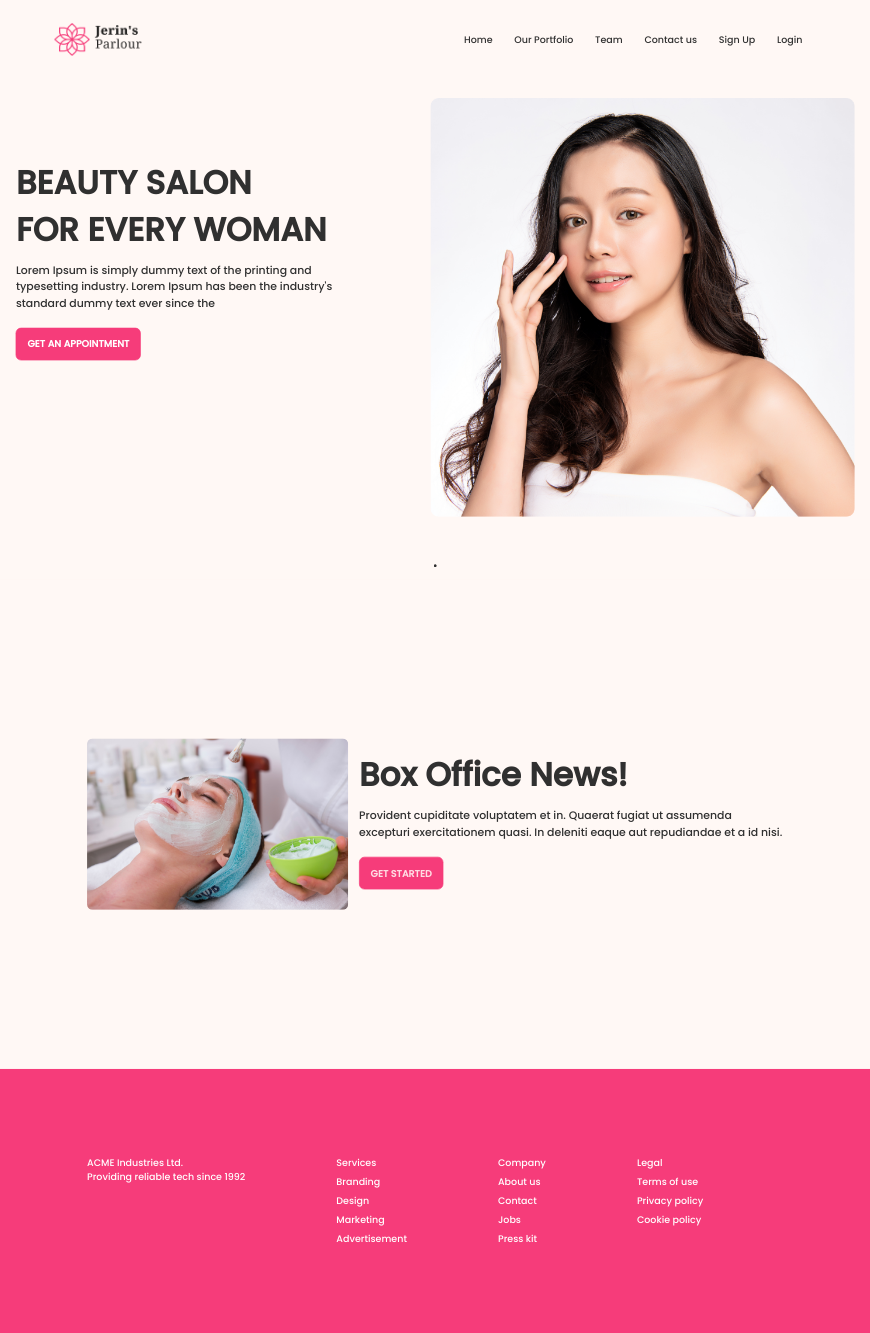
Repository: Wahid137/jerins-parlour-client
Page: /
An editor plug-in stored every save of this project. The page is shown before and after the next save, followed by the edit.
The browser window is 1280 px wide. The pictures show the whole page, at 68% of full size.
The page's requests for data from a server got no answer. The project was rebuilt for these pictures with package versions that can differ from the ones it lists, and the page was loaded fresh each time. No one was signed in, and anything a server would have sent is missing. Also part of the build but not shown: src/App.css, src/Pages/Home/Services/ServicesCard.js.

Above is the page before, as saved 2023-07-16 04:07:23.

### public/index.html
<!DOCTYPE html>
<html lang="en">
  <head>
    <meta charset="utf-8" />
    <link rel="icon" href="%PUBLIC_URL%/favicon.ico" />
    <meta name="viewport" content="width=device-width, initial-scale=1" />
    <meta name="theme-color" content="#000000" />
    <meta
      name="description"
      content="Web site created using create-react-app"
    />
    <link rel="preconnect" href="https://fonts.googleapis.com">
    <link rel="preconnect" href="https://fonts.gstatic.com" crossorigin>
    <link href="https://fonts.googleapis.com/css2?family=Poppins:wght@500&display=swap" rel="stylesheet">
    <link rel="apple-touch-icon" href="%PUBLIC_URL%/logo192.png" />
    <!--
      manifest.json provides metadata used when your web app is installed on a
      user's mobile device or desktop. See https://developers.google.com/web/fundamentals/web-app-manifest/
    -->
    <link rel="manifest" href="%PUBLIC_URL%/manifest.json" />
    <!--
      Notice the use of %PUBLIC_URL% in the tags above.
      It will be replaced with the URL of the `public` folder during the build.
      Only files inside the `public` folder can be referenced from the HTML.

      Unlike "/favicon.ico" or "favicon.ico", "%PUBLIC_URL%/favicon.ico" will
      work correctly both with client-side routing and a non-root public URL.
      Learn how to configure a non-root public URL by running `npm run build`.
    -->
    <title>React App</title>
  </head>
  <body>
    <noscript>You need to enable JavaScript to run this app.</noscript>
    <div id="root"></div>
    <!--
      This HTML file is a template.
      If you open it directly in the browser, you will see an empty page.

      You can add webfonts, meta tags, or analytics to this file.
      The build step will place the bundled scripts into the <body> tag.

      To begin the development, run `npm start` or `yarn start`.
      To create a production bundle, use `npm run build` or `yarn build`.
    -->
  </body>
</html>

### src/index.js
import React from 'react';
import ReactDOM from 'react-dom/client';
import './index.css';
import App from './App';
import reportWebVitals from './reportWebVitals';
import { QueryClient, QueryClientProvider } from '@tanstack/react-query'


// Create a client
const queryClient = new QueryClient()

const root = ReactDOM.createRoot(document.getElementById('root'));
root.render(
  <React.StrictMode>
    <QueryClientProvider client={queryClient}>
      <App />
    </QueryClientProvider>
  </React.StrictMode>
);

// If you want to start measuring performance in your app, pass a function
// to log results (for example: reportWebVitals(console.log))
// or send to an analytics endpoint. Learn more: https://bit.ly/CRA-vitals
reportWebVitals();

### src/index.css
@tailwind base;
@tailwind components;
@tailwind utilities;

body {
  background-color: #FFF8F5;
  margin: 0;
  font-family: -apple-system, BlinkMacSystemFont, 'Segoe UI', 'Roboto', 'Oxygen',
    'Ubuntu', 'Cantarell', 'Fira Sans', 'Droid Sans', 'Helvetica Neue',
    sans-serif;
    font-family: 'Poppins', sans-serif;
  -webkit-font-smoothing: antialiased;
  -moz-osx-font-smoothing: grayscale;
}

code {
  font-family: source-code-pro, Menlo, Monaco, Consolas, 'Courier New',
    monospace;
}

### src/App.js
import logo from './logo.svg';
import './App.css';
import { RouterProvider } from 'react-router-dom';
import router from './Routes/Routes/Routes';
import { Toaster } from 'react-hot-toast';

function App() {
  return (
    <div className=" mx-auto">
      <RouterProvider router={router}></RouterProvider>
      <Toaster></Toaster>
    </div>
  );
}

export default App;

### src/Routes/Routes/Routes.js
const { createBrowserRouter } = require("react-router-dom");
const { default: Main } = require("../../Layout/Main");
const { default: Home } = require("../../Pages/Home/Home/Home");

const router = createBrowserRouter([
    {
        path: '/',
        element: <Main></Main>,
        children: [
            {
                path: '/',
                element: <Home></Home>
            }
        ]
    }
])
export default router;

### src/Layout/Main.js
import React from 'react';
import Navbar from '../Shared/Navbar/Navbar';
import { Outlet } from 'react-router-dom';
import Footer from '../Shared/Footer/Footer';

const Main = () => {
    return (
        <div>
            <Navbar></Navbar>
            <Outlet></Outlet>
            <Footer></Footer>
        </div>
    );
};

export default Main;

### src/Pages/Home/Home/Home.js
import React from 'react';
import Banner from '../Banner/Banner';
import Services from '../Services/Services';
import Screen from '../Screen/Screen';

const Home = () => {
    return (
        <div>
            <Banner></Banner>
            <Services></Services>
            <Screen></Screen>
        </div>
    );
};

export default Home;

### src/Shared/Navbar/Navbar.js
import React from 'react';
import logo from '../../assets/logo.png';
import { Link } from 'react-router-dom';

const Navbar = () => {
    const menuItem = <>
        <li><Link to="/">Home</Link></li>
        <li><Link to="/portfolio">Our Portfolio</Link></li>
        <li><Link to="/team">Team</Link></li>
        <li><Link to="/dashboard">Contact us</Link></li>
        <li><Link to="/signup">Sign Up</Link></li>
        <li><Link to="/login">Login</Link></li>

    </>
    return (
        <div className="navbar flex justify-between px-20 pt-8">
            <div className="navbar-start">
                <div className="dropdown">
                    <label tabIndex={0} className="btn btn-ghost lg:hidden">
                        <svg xmlns="http://www.w3.org/2000/svg" className="h-5 w-5" fill="none" viewBox="0 0 24 24" stroke="currentColor"><path strokeLinecap="round" strokeLinejoin="round" strokeWidth="2" d="M4 6h16M4 12h8m-8 6h16" /></svg>
                    </label>
                    <ul tabIndex={1} className="menu menu-sm dropdown-content mt-3 z-[1] p-2 shadow bg-base-100 rounded-box w-52">
                        {menuItem}
                    </ul>
                </div>
                <Link to="/" className="w-32">
                    <img src={logo} alt="" />
                </Link>
            </div>
            <div className="navbar-center hidden lg:flex">
                <ul className="menu menu-horizontal px-1">
                    {menuItem}
                </ul>
            </div>
            <label htmlFor="dashboard-drawer" tabIndex={2} className="btn btn-ghost lg:hidden">
                <svg xmlns="http://www.w3.org/2000/svg" className="h-5 w-5" fill="none" viewBox="0 0 24 24" stroke="currentColor"><path strokeLinecap="round" strokeLinejoin="round" strokeWidth="2" d="M4 6h16M4 12h8m-8 6h16" /></svg>
            </label>

        </div>
    );
};

export default Navbar;

### src/Shared/Footer/Footer.js
import React from 'react';


const Footer = () => {
    return (
        <footer className="footer p-32 bg-primary text-white w-full max-w-full">
            <div>
                <p>ACME Industries Ltd.<br />Providing reliable tech since 1992</p>
            </div>
            <div>
                <span className=" text-white">Services</span>
                <a href="/" className="link link-hover">Branding</a>
                <a href="/" className="link link-hover">Design</a>
                <a href="/" className="link link-hover">Marketing</a>
                <a href="/" className="link link-hover">Advertisement</a>
            </div>
            <div>
                <span className="">Company</span>
                <a href="/" className="link link-hover">About us</a>
                <a href="/" className="link link-hover">Contact</a>
                <a href="/" className="link link-hover">Jobs</a>
                <a href="/" className="link link-hover">Press kit</a>
            </div>
            <div>
                <span className="">Legal</span>
                <a href="/" className="link link-hover">Terms of use</a>
                <a href="/" className="link link-hover">Privacy policy</a>
                <a href="/" className="link link-hover">Cookie policy</a>
            </div>
        </footer>
    );
};

export default Footer;

### src/Pages/Home/Banner/Banner.js
import React from 'react';
import woman from '../../../assets/images/woman.png';
import PrimaryButton from '../../../Components/PrimaryButton/PrimaryButton';

const Banner = () => {
    return (
        <div className="hero" >
            <div className="hero-content flex-col lg:flex-row-reverse min-h-screen">

                <img src={woman} className="rounded-lg lg:w-1/2" alt="" />

                <div className='lg:me-32 lg:-mt-32'>
                    <h1 className="text-5xl font-bold mt-0 mb-5">BEAUTY SALON</h1>
                    <h1 className="text-5xl font-bold">FOR EVERY WOMAN</h1>
                    <p className="py-6">Lorem Ipsum is simply dummy text of the printing and <br /> typesetting industry. Lorem Ipsum has been the industry's <br /> standard dummy text ever since the</p>
                    <PrimaryButton>Get an Appointment</PrimaryButton>
                </div>
            </div>
        </div>
    );
};

export default Banner;

### src/Pages/Home/Services/Services.js
import { useQuery } from '@tanstack/react-query';
import React from 'react';
import Loading from '../../../Shared/Loading/Loading';


import ServicesCard from './ServicesCard';
import PrimaryButton from '../../../Components/PrimaryButton/PrimaryButton';



const Services = () => {
    const { data: services = [], isLoading } = useQuery({
        queryKey: ['services'],
        queryFn: () => fetch('http://localhost:5000/services')
            .then(res => res.json())
    })


    if (isLoading) {
        return <Loading></Loading>;
    }

    return (
        <div className='p-0 my-5'>
            <div className='mx-auto mb-4 py-10 text-center w-1/2'>
                <p className='text-2xl font-bold'>Our Awesome <span className='text-primary'>Services</span></p>
            </div>
            <div className='grid gap-1 grid-cols-1 md:grid-cols-2 lg:grid-cols-3'>
                {
                    services.map(service => <ServicesCard
                        key={service._id}
                        service={service}
                    ></ServicesCard>)
                }
            </div>
            <div className='text-center mt-10'>
                <PrimaryButton >Explore More</PrimaryButton>
            </div>

        </div >
    );
};

export default Services;

### src/Pages/Home/Screen/Screen.js
import React from 'react';
import face from '../../../assets/images/face.png'

const Screen = () => {
    return (
        <div className="hero min-h-screen bg-secondary">
            <div className="hero-content flex-col lg:flex-row">
                <img src={face} className="max-w-sm rounded-lg" alt="" />
                <div className='w-1/2'>
                    <h1 className="text-5xl font-bold">Box Office News!</h1>
                    <p className="py-6">Provident cupiditate voluptatem et in. Quaerat fugiat ut assumenda excepturi exercitationem quasi. In deleniti eaque aut repudiandae et a id nisi.</p>
                    <button className="btn btn-primary">Get Started</button>
                </div>
            </div>
        </div>
    );
};

export default Screen;

### src/Components/PrimaryButton/PrimaryButton.js
import React from 'react';

const PrimaryButton = ({ children }) => {
    return (
        <button className="btn btn-primary text-white">{children}</button>
    );
};

export default PrimaryButton;

### src/Shared/Loading/Loading.js
import React from 'react';

const Loading = () => {
    return (
        <div className="flex items-center justify-center">
            <span className="loading loading-ring loading-lg"></span>
        </div>
    );
};

export default Loading;

### tailwind.config.js
/** @type {import('tailwindcss').Config} */
module.exports = {
  content: [
    "./src/**/*.{js,jsx,ts,tsx}",
  ],
  daisyui: {
    themes: [
      {
        parlourTheme: {
          primary: '#F63E7B',
          secondary: '#FFF8F5',
          accent: '##F4F7FC',
          neutral: '#3D4451',
          "base-100": '#FFFFFF',
        }
      }
    ]
  },
  theme: {
    extend: {},
  },
  plugins: [require("daisyui")],
}

Loaded but not shown: src/reportWebVitals.js (common file)

After the next save:
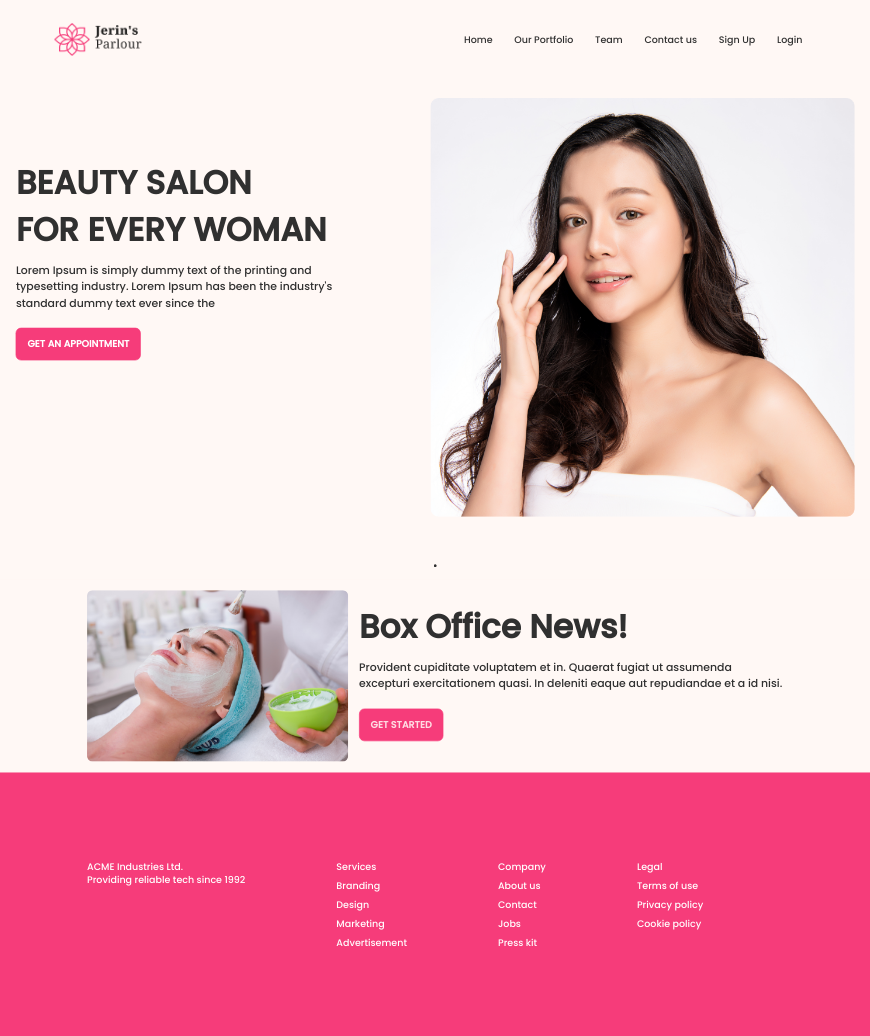
Saved 12 s later.
--- a/src/Pages/Home/Screen/Screen.js
+++ b/src/Pages/Home/Screen/Screen.js
@@ -3,7 +3,7 @@
 
 const Screen = () => {
     return (
-        <div className="hero min-h-screen bg-secondary">
+        <div className="hero bg-secondary">
             <div className="hero-content flex-col lg:flex-row">
                 <img src={face} className="max-w-sm rounded-lg" alt="" />
                 <div className='w-1/2'>

After the save that followed:
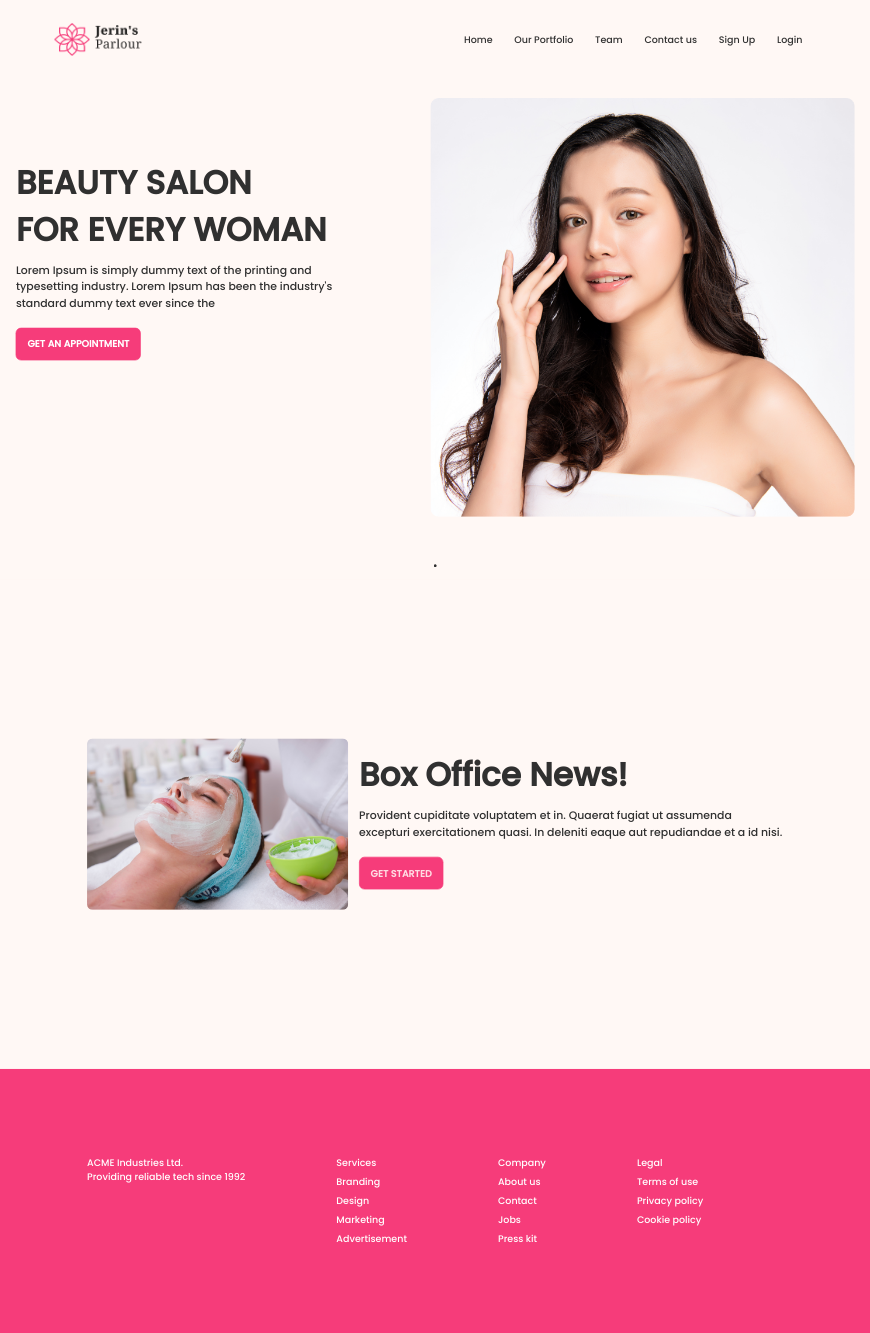
Saved 13 s later.
--- a/src/Pages/Home/Screen/Screen.js
+++ b/src/Pages/Home/Screen/Screen.js
@@ -3,7 +3,7 @@
 
 const Screen = () => {
     return (
-        <div className="hero bg-secondary">
+        <div className="hero min-h-screen bg-secondary">
             <div className="hero-content flex-col lg:flex-row">
                 <img src={face} className="max-w-sm rounded-lg" alt="" />
                 <div className='w-1/2'>
